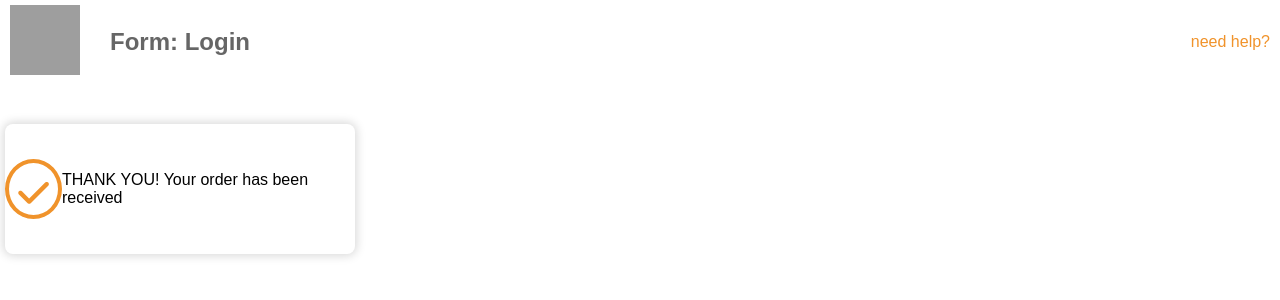
Repository: NguyenDucHung20002/project-homev1
Page: checkout/checkout.html
The author's editor kept a copy of each file at every save. The page is drawn from the files as they stood at one save, then again after the next save.
The browser window is 1280 px wide. The pictures show the whole page.
Pictures or frames that could not be fetched are drawn as grey boxes. The style sheet was rebuilt from its Sass, Less or Tailwind sources for each picture, by a compiler version that may differ from the author's.

Above is the page before, as saved 2022-09-20 09:24:35.

After the next save:
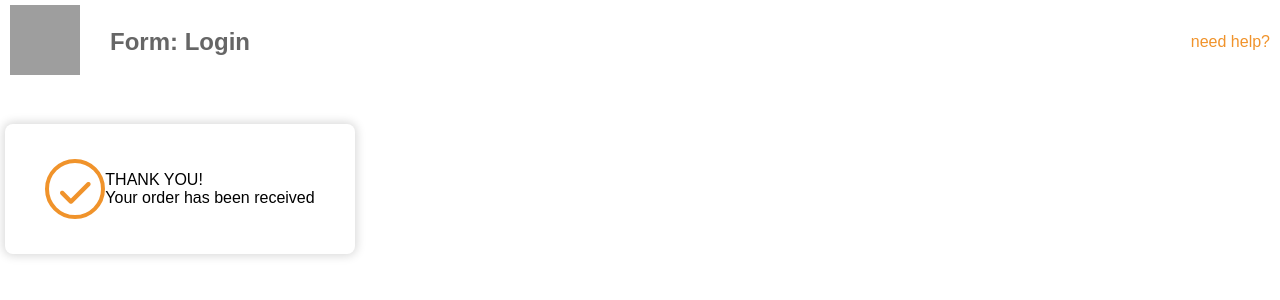
Saved 6 s later.
--- a/checkout/checkout.html
+++ b/checkout/checkout.html
@@ -34,7 +34,7 @@
             <div class="thank-you">
                 <i class="fa-solid fa-check"></i>
                 <div class="title">
-                    <span>THANK YOU!</span>
+                    <span>THANK YOU!</span><br>
                     <span>Your order has been received</span>
                 </div>
             </div>
